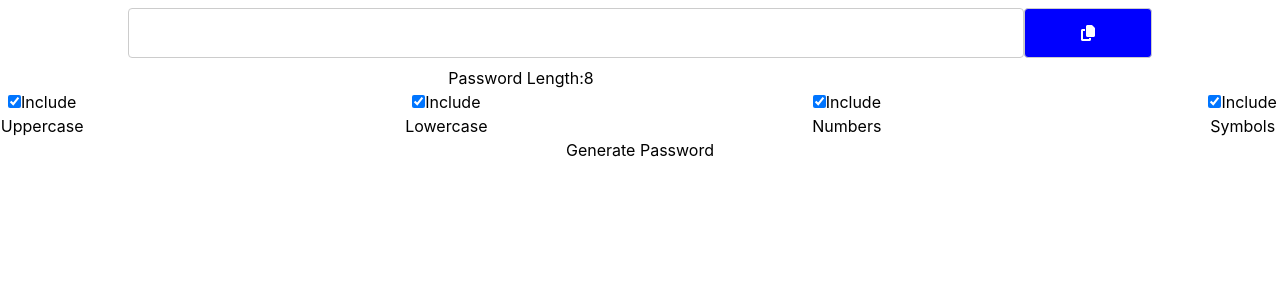
Repository: sriram1224/Password-generator
Page: / (app in password-generator/)
The author's editor kept a copy of each file at every save. The page is drawn from the files as they stood at one save, then again after the next save.
The browser window is 1280 px wide. The pictures show the whole page.
Some web libraries are served in a nearby version. The project was rebuilt for these pictures with package versions that can differ from the ones it lists, and the page was loaded fresh each time.

Above is the page before, as saved 2024-03-10 21:31:40.

After the next save:
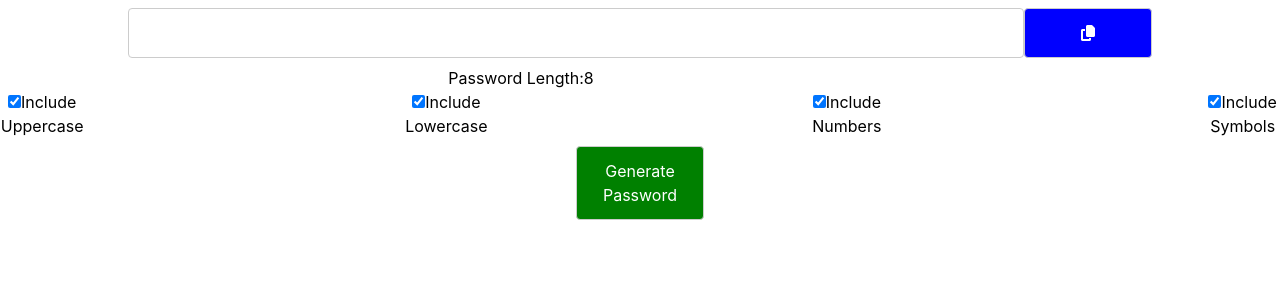
Saved 2 min 4 s later.
--- a/password-generator/src/Components/content.css
+++ b/password-generator/src/Components/content.css
@@ -22,3 +22,14 @@
     display: flex;
     gap: 20rem;
 }
+.generate{
+    width: 10%;
+    padding: 12px 20px;
+    margin: 8px 0;
+    display: inline-block;
+    border: 1px solid #ccc;
+    border-radius: 4px;
+    box-sizing: border-box;
+    background-color: green;
+    color: white;
+}
